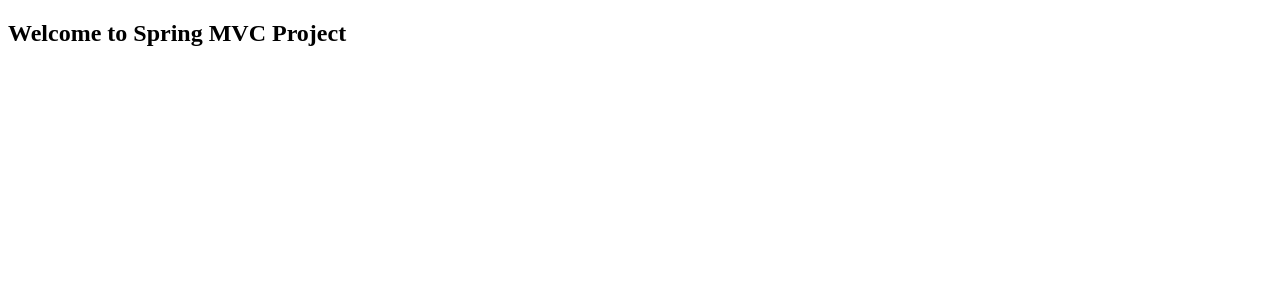
Repository: PragatiShinde16/SpringMVCDemo
Page: http://localhost/SpringMVCProject/views/login.jsp
These files come from the project's save history. The page is drawn as it stood at one moment and after the next save; the edit follows.
The browser window is 1280 px wide. The pictures show the whole page.
The page is served by Tomcat 9.

Above is the page before, as saved 2024-08-26 08:38:53.

After the next save:
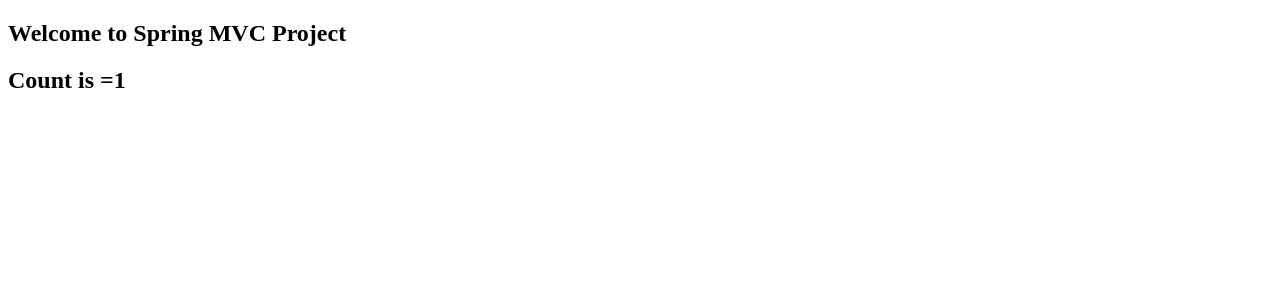
Saved 45 min 43 s later.
--- a/SpringMVCProject/src/main/webapp/views/login.jsp
+++ b/SpringMVCProject/src/main/webapp/views/login.jsp
@@ -8,5 +8,16 @@
 </head>
 <body>
 	<h2>Welcome to Spring MVC Project</h2>
+
+	<%!
+		int cnt = 0;
+	%>
+	<%
+		cnt++;
+	%>
+
+	<h2>Count is =<%=
+		cnt
+	%></h2>
 </body>
 </html>
